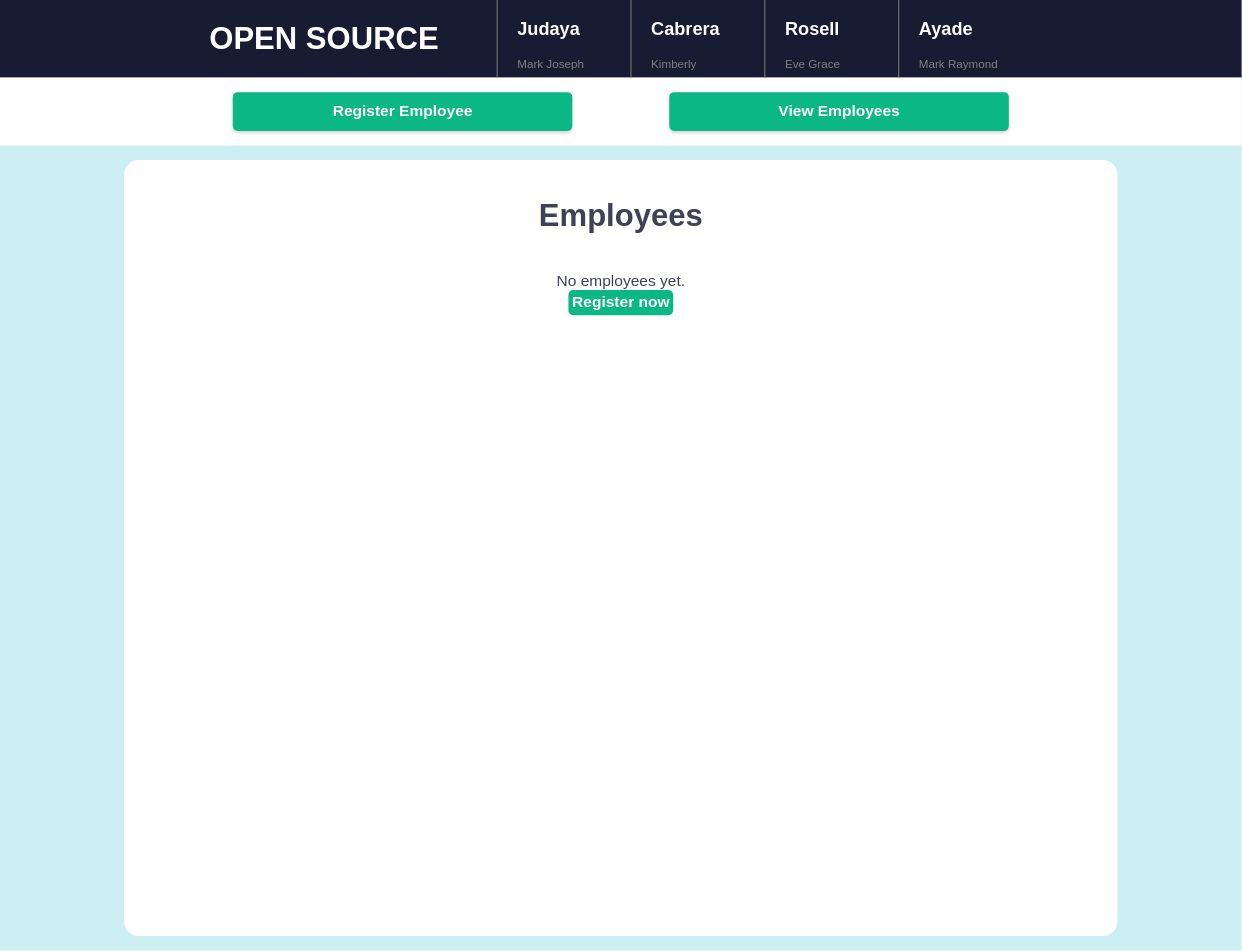
Repository: azkalonz/Int-Prog-2
Page: http://localhost/Int_Prog_2/employee?page=view
These files come from the project's save history. The page is drawn as it stood at one moment and after the next save; the edit follows.
The browser window is 1280 px wide. The pictures show the whole page, at 97% of full size.
The page is served by Tomcat 9. Other server files are loaded and not shown. Queries for data that is not in the repository find no rows.

Above is the page before, as saved 2021-03-02 12:10:49.

### Int Prog 2/WebContent/WEB-INF/views/employees.jsp
<%@taglib prefix="c" uri="http://java.sun.com/jsp/jstl/core"%>

<jsp:include page="/WEB-INF/layout/header.jsp" />

<div class="tableCon">
            <h1>Employees</h1>
            <br>
            <c:if test="${empty employees}">
			    No employees yet.<br/> <a class="button-link" href="<%=request.getContextPath() %>/register">Register now</a>
			</c:if>

			<c:if test="${not empty employees}">
	            <table id="theTable">
	                <thead>
	                    <tr>
	                        <th>User ID</th>
	                        <th>Name</th>
	                        <th>Email</th>
	                        <th>Username</th>
	                        <th>Action</th>
	                    </tr>
	                </thead>
	                <tbody>
	                    <c:forEach items="${employees}" var="employee">
						    <tr>
						        <td>${employee.employeeID}</td>
						        <td>${employee.firstname} ${employee.lastname}</td>
						        <td>${employee.email}</td>
						        <td>${employee.username}</td>
						        <td>
						        	<a class="button-link" href="?id=${employee.employeeID}">
						        		View
						        	</a>
						        	<a class="button-link" href="<%=request.getContextPath() %>/delete?id=${employee.employeeID}">
						        		Delete
						        	</a>
						        </td>
						    </tr>
						</c:forEach>
	                </tbody>
	            </table>
            </c:if>
        </div>

<jsp:include page="/WEB-INF/layout/footer.jsp" />

### Int Prog 2/WebContent/WEB-INF/layout/header.jsp
<%@ page language="java" contentType="text/html; charset=ISO-8859-1"
	pageEncoding="ISO-8859-1"%>
<!DOCTYPE html>
<html>
<head>
<meta charset="ISO-8859-1">
<title>Employee</title>
<link rel="stylesheet" href="<%=request.getContextPath()%>/css/style.css"/>
</head>
<body>
<header>
        <div class="container">
            <h1>OPEN SOURCE</h1>
            <div class="namesCon">
                <div class="names">
                    <h3>Judaya</h3>
                    <span>Mark Joseph</span>
                </div>
                <div class="names">
                    <h3>Cabrera</h3>
                    <span>Kimberly</span>
                </div>
                <div class="names">
                    <h3>Rosell</h3>
                    <span>Eve Grace</span>
                </div>
                <div class="names">
                    <h3>Ayade</h3>
                    <span>Mark Raymond</span>
                </div>
            </div>
        </div>
    </header>
    <div class="navCon">
        <div class="container">
            <a class="button" href="<%=request.getContextPath()%>/register">Register Employee</a>
            <a class="button" href="<%=request.getContextPath()%>/employee">View Employees</a>
        </div>
    </div>

    <div class="thecontent">

### Int Prog 2/src/com/intprog/controller/EmployeeServlet.java
package com.intprog.controller;

import java.io.IOException;
import java.util.ArrayList;

import javax.servlet.ServletException;
import javax.servlet.annotation.WebServlet;
import javax.servlet.http.HttpServlet;
import javax.servlet.http.HttpServletRequest;
import javax.servlet.http.HttpServletResponse;

import com.intprog.dao.EmployeeDAO;
import com.intprog.model.Employee;

/**
 * Servlet implementation class EmployeeServlet
 */
@WebServlet("/employee")
public class EmployeeServlet extends HttpServlet {
	private static final long serialVersionUID = 1L;
	EmployeeDAO employeeDAO = new EmployeeDAO();

    /**
     * @see HttpServlet#HttpServlet()
     */
    public EmployeeServlet() {
        super();
        // TODO Auto-generated constructor stub
    }

	/**
	 * @see HttpServlet#doGet(HttpServletRequest request, HttpServletResponse response)
	 */
	protected void doGet(HttpServletRequest request, HttpServletResponse response) throws ServletException, IOException  {
		// TODO Auto-generated method stub
		String id = request.getParameter("id");
		ArrayList<Employee> employees = new ArrayList<Employee>();
		Employee emp = new Employee();
		try {
			emp = employeeDAO.selectEmployee(Integer.parseInt(id));
			if(emp.employeeID>0) {
				getServletContext().setAttribute("employee", emp);
				getServletContext().getRequestDispatcher("/WEB-INF/views/employee.jsp").forward(request, response);
			} else {
				response.sendRedirect(request.getContextPath()+"/employee");
			}
		} catch(Exception e) {

		}
		try {
			employees = employeeDAO.allEmployee();
			getServletContext().setAttribute("employees", employees);
			getServletContext().getRequestDispatcher("/WEB-INF/views/employees.jsp").forward(request, response);
		}catch(Exception e) {
		}
	}

	/**
	 * @see HttpServlet#doPost(HttpServletRequest request, HttpServletResponse response)
	 */
	protected void doPost(HttpServletRequest request, HttpServletResponse response) throws ServletException, IOException {
		// TODO Auto-generated method stub
		doGet(request, response);
	}

}

### Int Prog 2/src/com/intprog/model/Employee.java
package com.intprog.model;

public class Employee {
	private String firstname,lastname,email,username,password,mi;
	public int employeeID;

	public int getEmployeeID() {
		return employeeID;
	}

	public void setEmployeeID(int employeeID) {
		this.employeeID = employeeID;
	}

	public String getFirstname() {
		return firstname;
	}

	public void setFirstname(String firstname) {
		this.firstname = firstname;
	}

	public String getLastname() {
		return lastname;
	}

	public void setLastname(String lastname) {
		this.lastname = lastname;
	}

	public String getEmail() {
		return email;
	}

	public void setEmail(String email) {
		this.email = email;
	}

	public String getUsername() {
		return username;
	}

	public void setUsername(String username) {
		this.username = username;
	}

	public String getPassword() {
		return password;
	}

	public void setPassword(String password) {
		this.password = password;
	}

	public String getMi() {
		return mi;
	}

	public void setMi(String mi) {
		this.mi = mi;
	}



}

### Int Prog 2/WebContent/css/style.css
body {
  background: rgb(204, 238, 242);
  margin: 0;
  padding: 0;
  font-family: "Poppins", sans-serif;
  color: rgb(63, 66, 84);
}

* {
	box-sizing: border-box;
}

header {
  width: 100%;
  background: rgb(24, 28, 50);
  display: flex;
  align-items: center;
  justify-content: center;
}

header .container {
  width: 1024px;
  display: flex;
  justify-content: center;
}

header .container h1 {
  color: white;
  margin-right: 20px;
}

header .container .namesCon {
  display: flex;
  margin-left: 40px;
}

.container .namesCon .names {
  width: 130px;
  display: flex;
  flex-direction: column;
  margin-right: 8px;
  border-left: 1px solid gray;
  padding-left: 20px;
}

.namesCon .names h3 {
  color: white;
}

.namesCon .names span {
  font-size: 12px;
  color: gray;
}

.navCon {
  width: 100%;
  height: 70px;
  background: white;
  display: flex;
  align-items: center;
  justify-content: center;
  padding: 20px 0;
}

.navCon .container {
  width: 1024px;
  display: flex;
  align-items: center;
  justify-content: center;
}

.navCon .container .button {
  width: 350px;
  height: 40px;
  margin: 0 50px;
  cursor: pointer;
  border: none;
  border-radius: 5px;
  background: rgb(11, 183, 131);
  font-weight: bold;
  box-shadow: 0 2px 4px lightgray;
  display: flex;
  justify-content: center;
  align-items: center;
}

.navCon .container .button {
  text-decoration: none;
  color: white;
}

.thecontent {
  width: 100%;
  display: flex;
  justify-content: center;
  padding: 15px 0;
}

.formCon {
  display: flex;
  align-items: center;
  justify-content: center;
  width: 1024px;
  height: 700px;
  background: white;
  padding-top: 15px;
  border-radius: 15px;
}
.inputCon {
  width: 370px;
  height: 80px;
  display: flex;
  flex-direction: column;
}

.inputCon span {
  margin-right: 10px;
  font-size: 15px;
}

.inputCon input {
  height: 40px;
  padding-left: 7px;
  border: 1px solid gray;
  border-radius: 5px;
}

.formCon button {
  width: 200px;
  height: 70px;
  float: right;
  border: none;
  border-radius: 4px;
  background: rgb(11, 183, 131);
  color: white;
  font-weight: bold;
  box-shadow: 0 2px 4px lightgray;
}

.thecontent .tableCon {
  background: white;
  width: 1024px;
  height: 800px;
  display: flex;
  justify-content: flex-start;
  padding-top: 18px;
  align-items: center;
  flex-direction: column;
  border-radius: 15px;
}

.tableCon table {
  width: 800px;
}

.tableCon table th {
  text-align: left;
}

.view-employee-table tr td:first-of-type{
	font-weight: bold;
	width: 200px;
	max-width: 200px;
}

table tr td {
	padding: 7px 13px;
}

.button-link {
	margin: 0 6px;
	padding: 4px;
	background: rgb(11, 183, 131);
	color: #fff;
	text-decoration: none;
	font-weight: bold;
	border-radius: 5px;
}

button {
	cursor: pointer;
	width: 100%!important;
}

Loaded but not shown: Int Prog 2/WebContent/WEB-INF/layout/footer.jsp (common file)

After the next save:
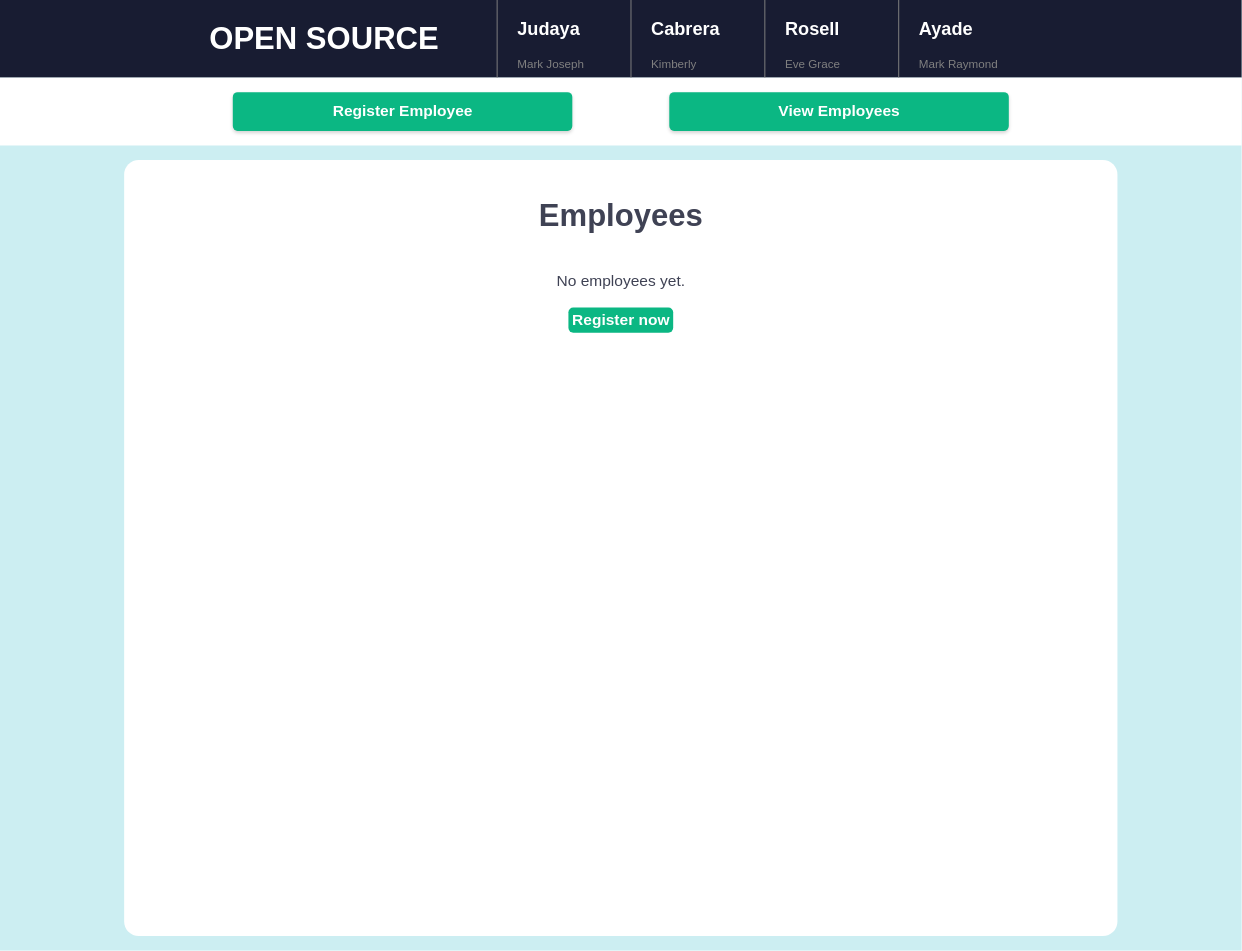
Saved 8 s later.
--- a/Int Prog 2/WebContent/WEB-INF/views/employees.jsp
+++ b/Int Prog 2/WebContent/WEB-INF/views/employees.jsp
@@ -6,7 +6,7 @@
             <h1>Employees</h1>
             <br>
             <c:if test="${empty employees}">
-			    No employees yet.<br/> <a class="button-link" href="<%=request.getContextPath() %>/register">Register now</a>
+			    No employees yet.<br/><br/> <a class="button-link" href="<%=request.getContextPath() %>/register">Register now</a>
 			</c:if>
 
 			<c:if test="${not empty employees}">
